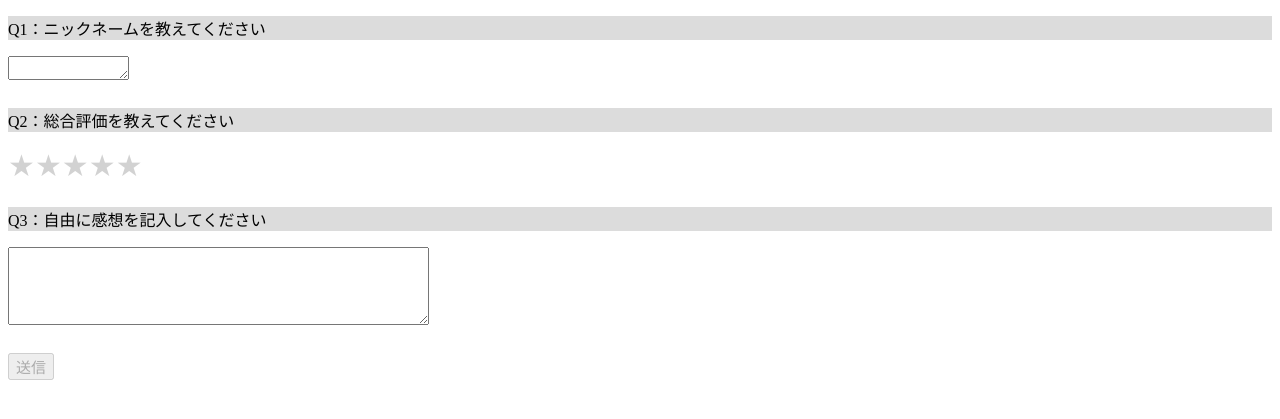
Repository: mikumiura/intern-chatbot
Page: templates/first-page.html
An editor plug-in stored every save of this project. The page is shown before and after the next save, followed by the edit.
The browser window is 1280 px wide. The pictures show the whole page.

Above is the page before, as saved 2022-08-25 08:00:19.

After the next save:
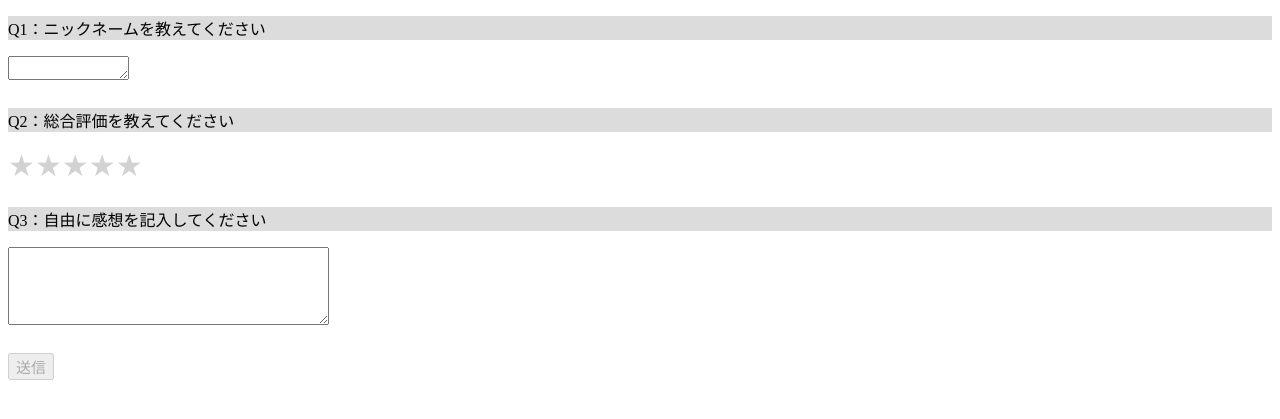
Saved 33 s later.
--- a/templates/first-page.html
+++ b/templates/first-page.html
@@ -35,7 +35,7 @@
         <div class="bottom-15em">
             <p class="bgc">Q3：自由に感想を記入してください</p>
             <div>
-                <textarea v-model="comment" cols="40" rows="4" style="font-size: 16px;"></textarea> <!-- v-on:hogehoge（入力に関する処理の感知）でisActive()をtrueに -->
+                <textarea v-model="comment" cols="30" rows="4" style="font-size: 16px;"></textarea> <!-- v-on:hogehoge（入力に関する処理の感知）でisActive()をtrueに -->
             </div>
         </div>
 
